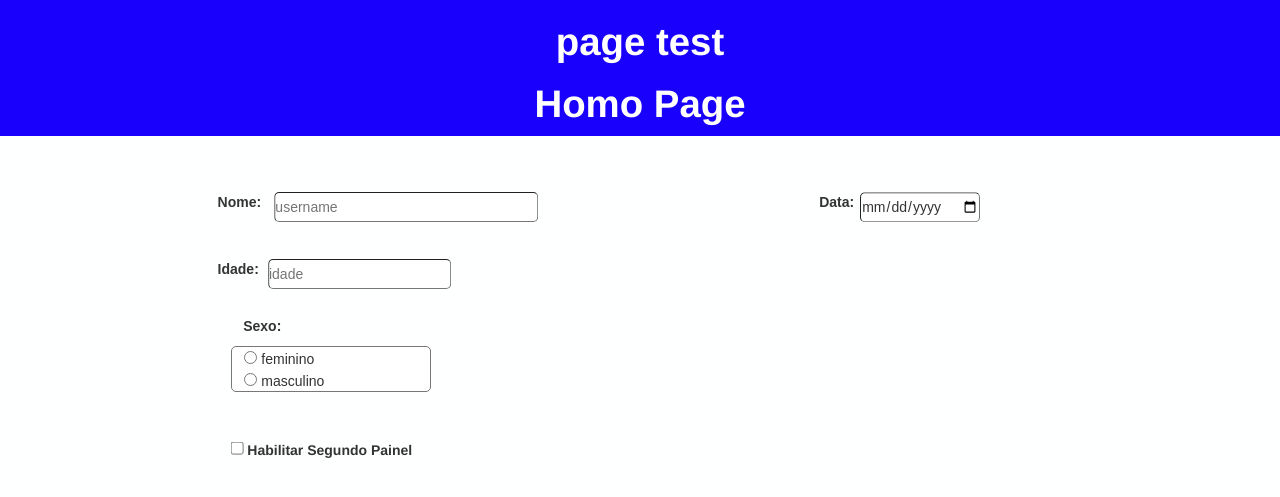
Repository: josceno/inital-page
Page: index.html
These files come from the project's save history. The page is drawn as it stood at one moment and after the next save; the edit follows.
The browser window is 1280 px wide. The pictures show the whole page.
Some web libraries are served in a nearby version.

Above is the page before, as saved 2022-02-20 20:09:48.
Console error: TypeError: Cannot read properties of null (reading 'innerHTML')

After the next save:
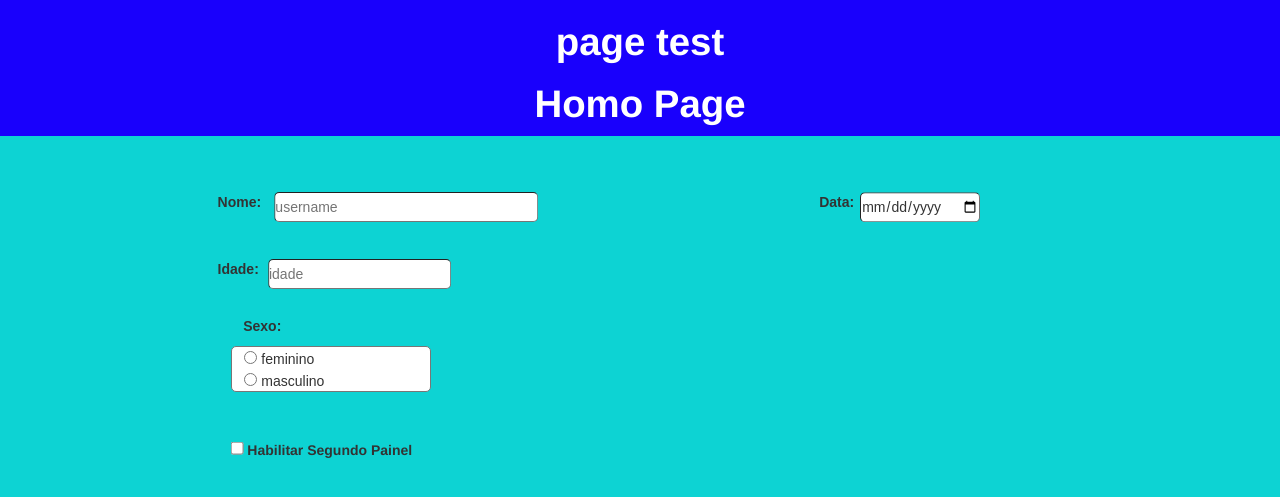
Saved 13 h 34 min later.
--- a/style.css
+++ b/style.css
@@ -10,7 +10,7 @@ body{
   max-width: 130.3px;
   margin: 20 auto;
   height: 700px;
-  background-color:rgb(254, 255, 255);
+  background-color:rgb(13, 211, 211);
 }
 
 .content-wrap {
